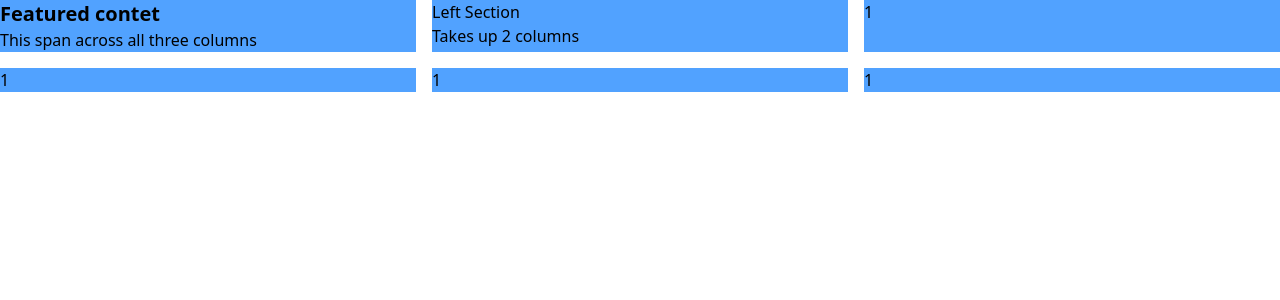
Repository: Abdulahi338/TailwindCss-exercise
Page: Exercise2/index.html
The author's editor kept a copy of each file at every save. The page is drawn from the files as they stood at one save, then again after a run of saves.
The browser window is 1280 px wide. The pictures show the whole page.

Above is the page before, as saved 2025-07-27 11:10:15.

After the next 3 saves:
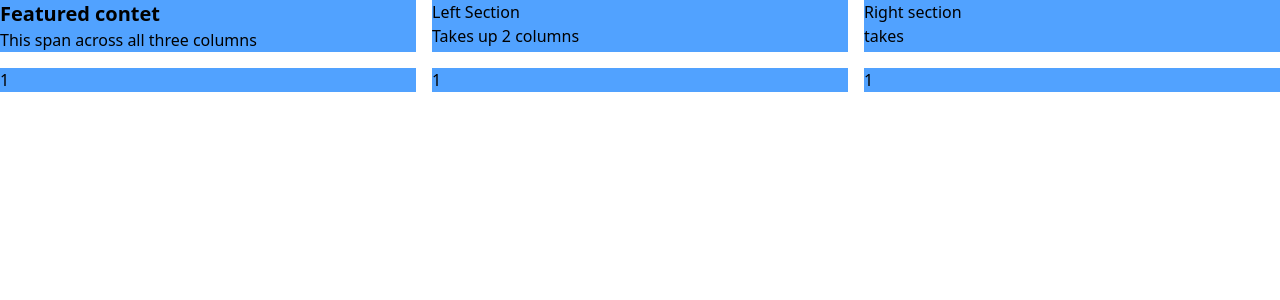
The 3 saves are shown as one change because they came seconds apart.
The last was saved 31 s later.
--- a/Exercise2/index.html
+++ b/Exercise2/index.html
@@ -18,7 +18,10 @@
             <h1>Left Section</h1>
             <p>Takes up 2 columns</p>
         </div>
-        <div class=" bg-blue-400">1</div>
+        <div class=" bg-blue-400">
+            <h1>Right section</h1>
+            <p>takes </p>
+        </div>
         <div class="bg-blue-400">1</div>
         <div class="bg-blue-400">1</div>
         <div class=" bg-blue-400">1</div>
